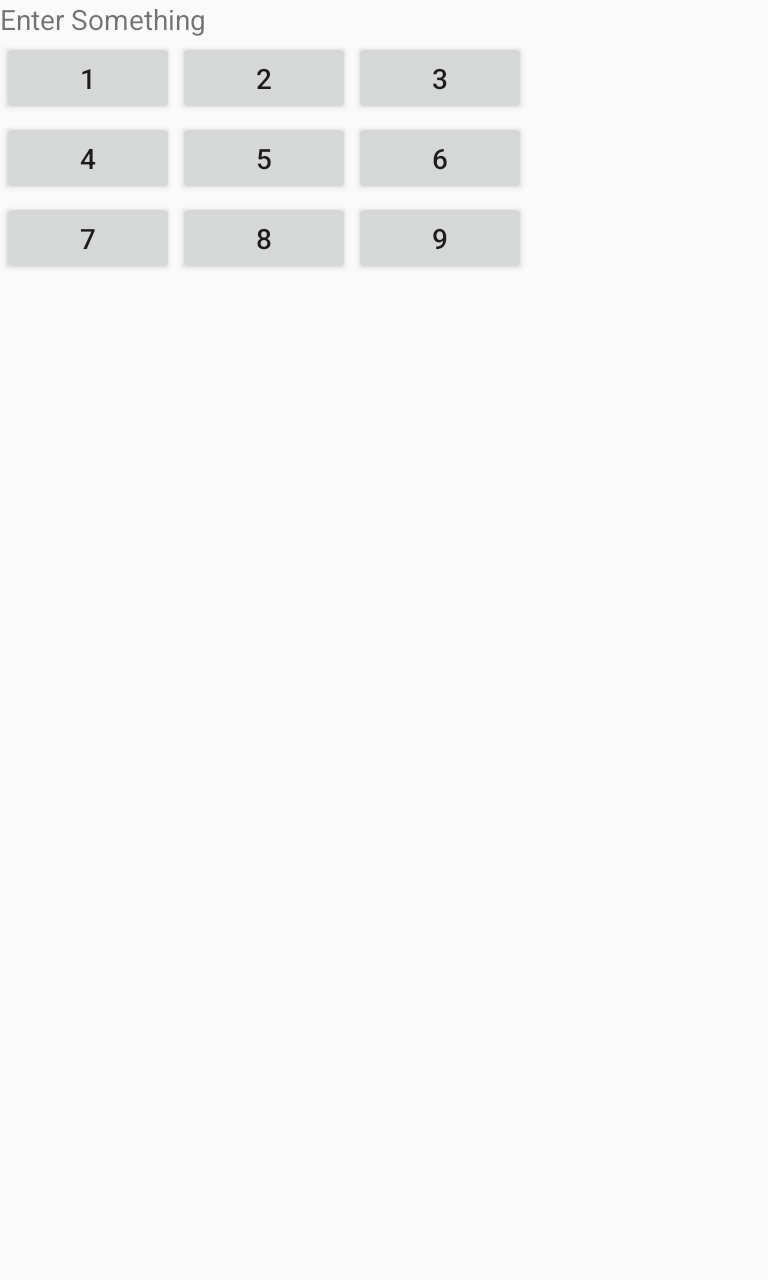
Repository: apoorvelec/AndroidApps
Layout: Calculator/res/layout/activity_main.xml
The author's editor kept a copy of each file at every save. The layout is drawn from the files as they stood at one save, then again after the next save.
It is drawn on a 768 x 1280 px phone screen (xhdpi) without system bars, with theme AppTheme; the app's code is not run.

Above is the layout before, as saved 2016-05-17 00:53:05.

After the next save:
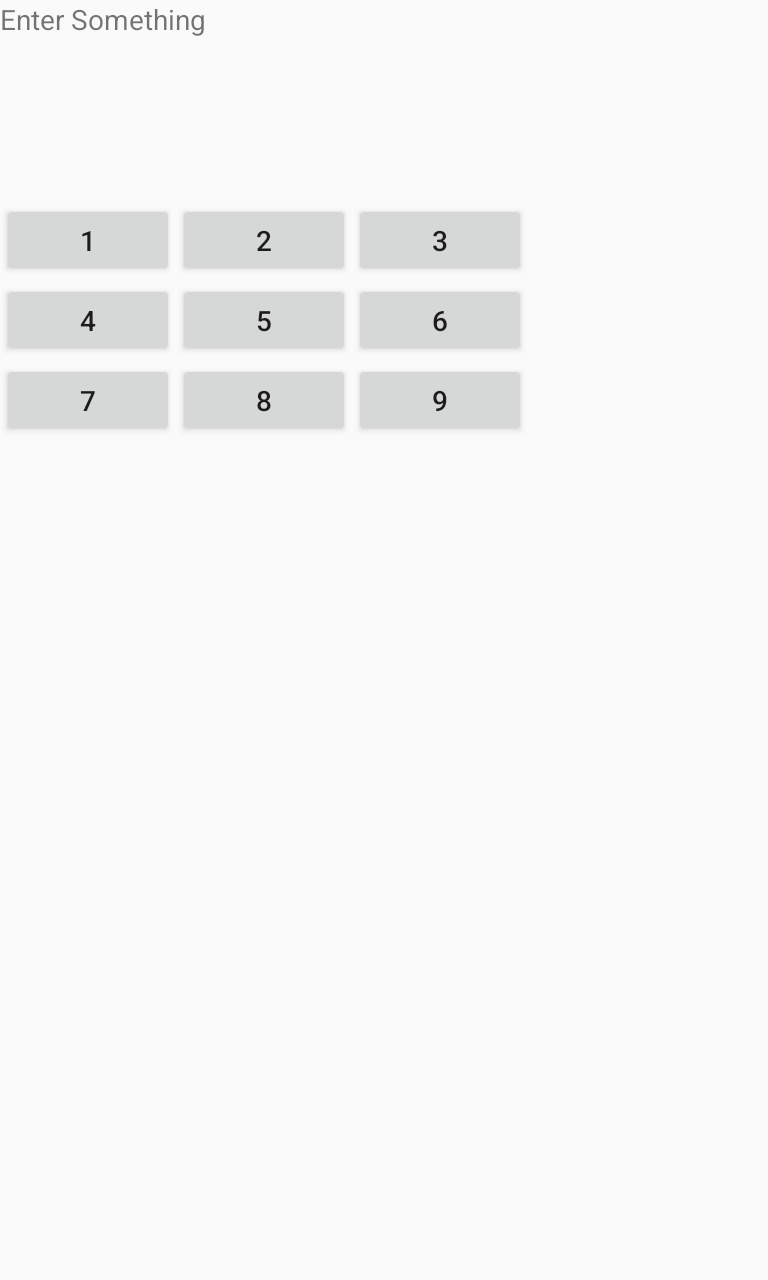
Saved 63 s later.
--- a/Calculator/res/layout/activity_main.xml
+++ b/Calculator/res/layout/activity_main.xml
@@ -6,7 +6,7 @@
 
    <TextView android:id="@+id/text"
       android:layout_width="wrap_content"
-      android:layout_height="wrap_content"
+      android:layout_height="100dp"
       android:text="Enter Something" />
 
    <!-- More GUI components go here  -->
